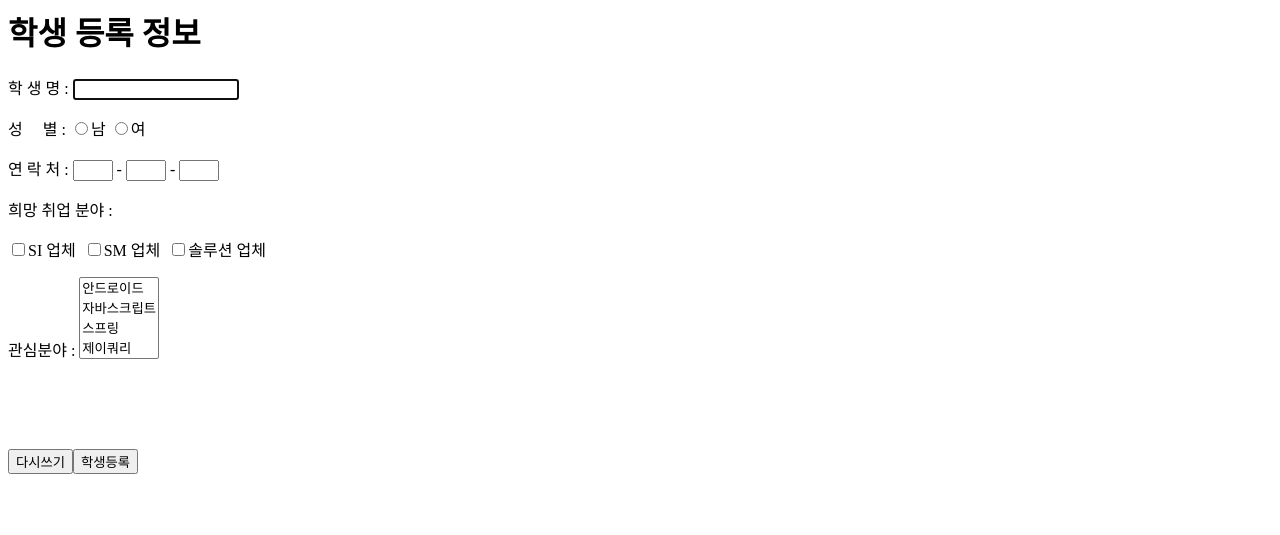
Repository: ddochiisrich/Ddochi-Web
Page: http://localhost/JSPStudyCh04Exam/jspFormData02.jsp
An editor plug-in stored every save of this project. The page is shown before and after the next save, followed by the edit.
The browser window is 1280 px wide. The pictures show the whole page.
The page is served by Tomcat 9. Other server files are loaded and not shown.

Above is the page before, as saved 2024-04-05 03:59:39.

### JSPStudyCh04Exam/src/main/webapp/jspFormData02.jsp
<%@ page language="java" contentType="text/html; charset=UTF-8"
	pageEncoding="UTF-8"%>

<style>
.phone1, .phone2, .phone3 {
	width: 40px
}

.name {
	width: 166px;
}
</style>

<!DOCTYPE html>
<html>
<head>
<meta charset="UTF-8">
<title>Insert title here</title>
</head>
<body>
	<form name="studentInfo" action="studentInform" method="post">
		<h1>학생 등록 정보</h1>
		<p>
			학&nbsp;생&nbsp;명 : <input type="text" name="name" class="name"
				autofocus>
		</p>
		<p>
			성&nbsp;&nbsp;&nbsp;&nbsp;&nbsp;별 : <input type="radio" name="gender"
				value="male">남 <input type="radio" name="gender"
				value="female">여
		</p>
		<p>
			연&nbsp;락&nbsp;처 : <input type="text" name="phone1" class="phone1">
			- <input type="text" name="phone2" class="phone2"> - <input
				type="text" name="phone3" class="phone3">
		</p>
		<p>희망 취업 분야 :</p>
		<p>
			<input type="checkbox" name="si">SI 업체&nbsp;
			<input type="checkbox" name="sm">SM 업체&nbsp;
			<input type="checkbox" name="solution">솔루션 업체
		</p>
		<p>
			관심분야 : <select name="subject" multiple>
				<option value="Android">안드로이드</option>
				<option value="JavaScript">자바스크립트</option>
				<option value="Spring">스프링</option>
				<option value="jQuery">제이쿼리</option>
			</select>
		</p>
		<br>
		<br>
		<br>
		<br> <input type="reset" value="다시쓰기"><input
			type="submit" value="학생등록">
	</form>
</body>
</html>

After the next save:
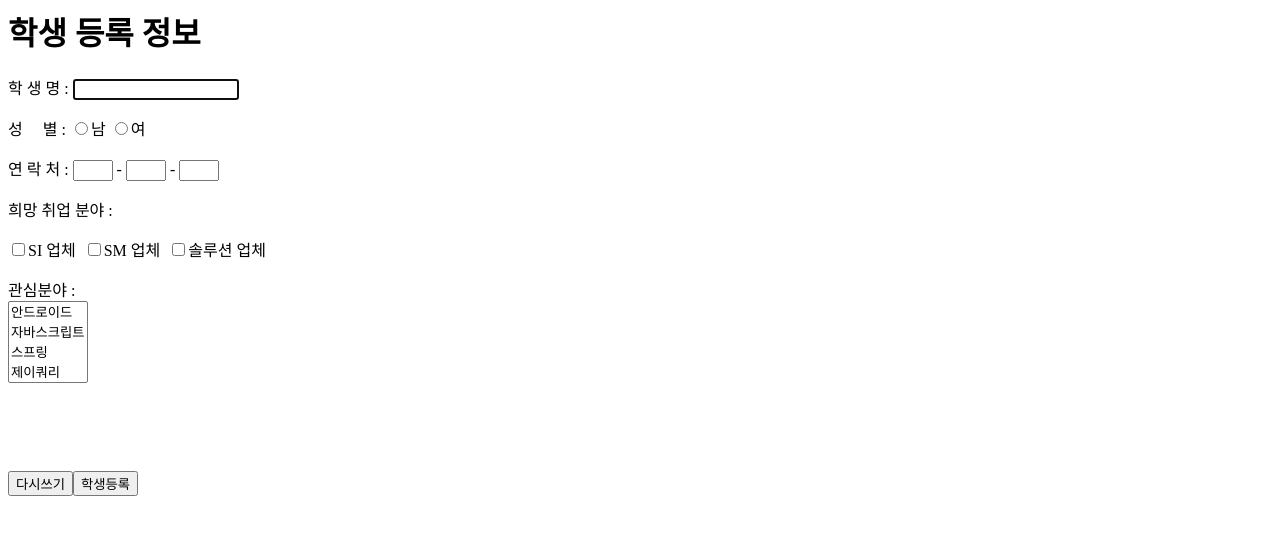
Saved 70 s later.
--- a/JSPStudyCh04Exam/src/main/webapp/jspFormData02.jsp
+++ b/JSPStudyCh04Exam/src/main/webapp/jspFormData02.jsp
@@ -41,7 +41,7 @@
 			<input type="checkbox" name="solution">솔루션 업체
 		</p>
 		<p>
-			관심분야 : <select name="subject" multiple>
+			관심분야 :<br> <select name="subject" multiple>
 				<option value="Android">안드로이드</option>
 				<option value="JavaScript">자바스크립트</option>
 				<option value="Spring">스프링</option>

After the save that followed:
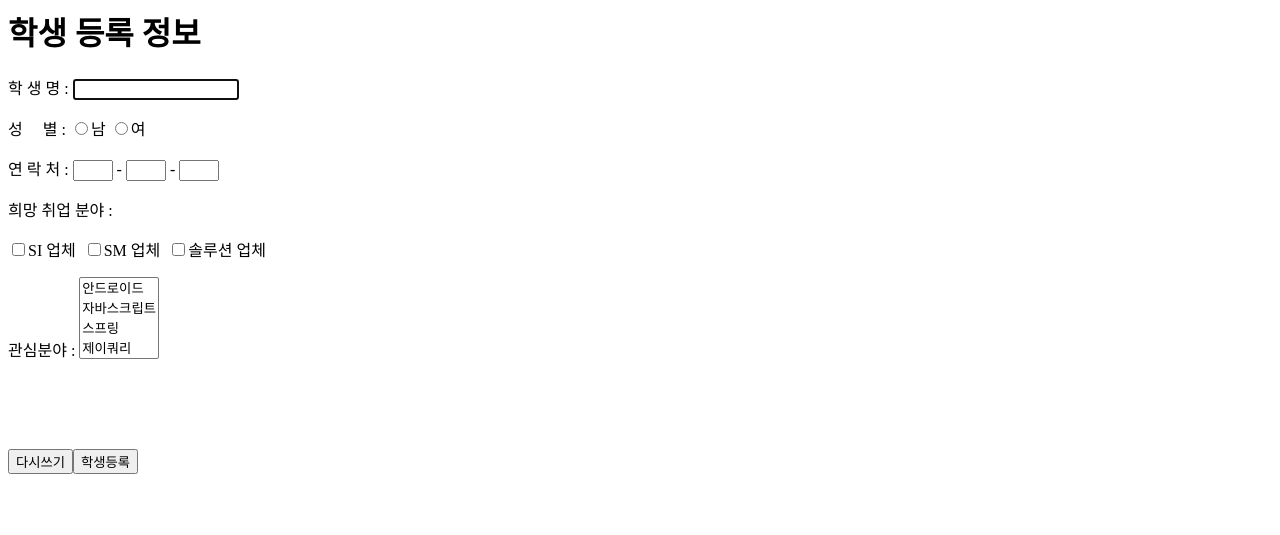
Saved 42 s later.
--- a/JSPStudyCh04Exam/src/main/webapp/jspFormData02.jsp
+++ b/JSPStudyCh04Exam/src/main/webapp/jspFormData02.jsp
@@ -41,7 +41,7 @@
 			<input type="checkbox" name="solution">솔루션 업체
 		</p>
 		<p>
-			관심분야 :<br> <select name="subject" multiple>
+			관심분야 : <select name="subject" multiple>
 				<option value="Android">안드로이드</option>
 				<option value="JavaScript">자바스크립트</option>
 				<option value="Spring">스프링</option>
